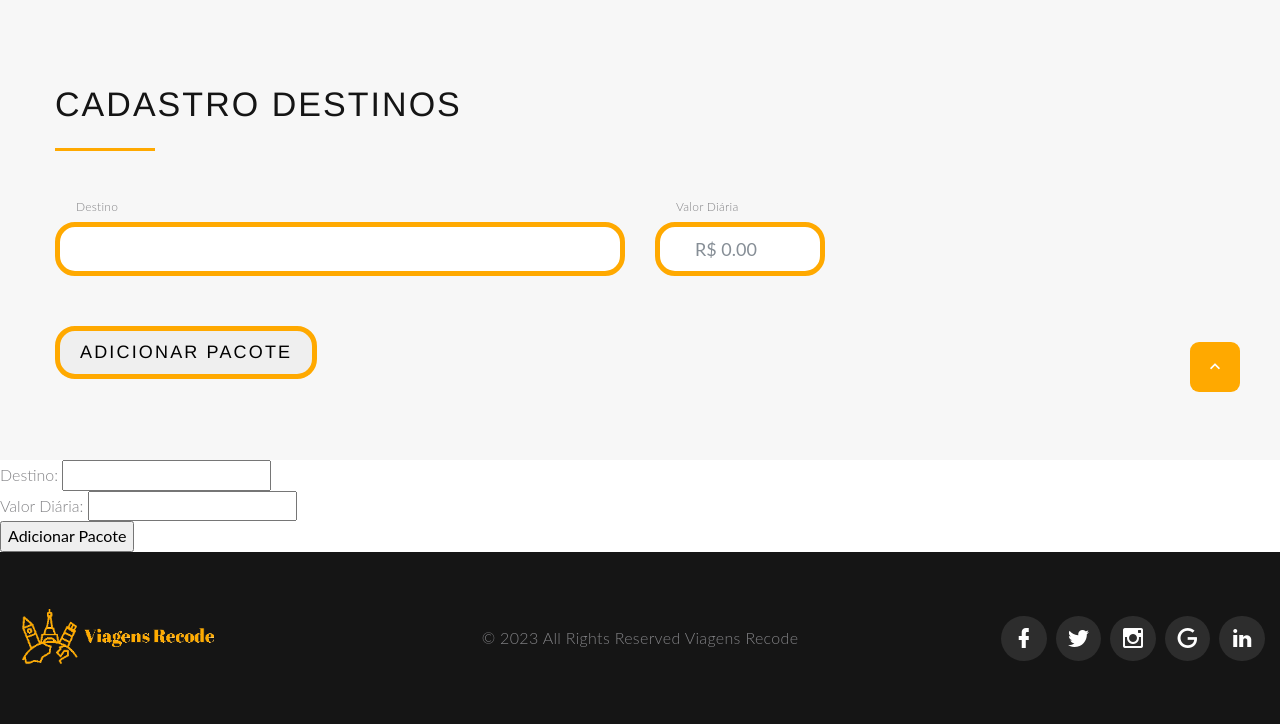
Repository: LiraS23/RecodePro2023-Modulo-4
Page: java/Modulo4/src/main/webapp/destinos.html
An editor plug-in stored every save of this project. The page is shown before and after the next save, followed by the edit.
The browser window is 1280 px wide. The pictures show the part of the page from y = 388 to 1112 px (the page is 1112 px tall before and 1085 px after).
Some web fonts or font styles are not loaded; a fallback is used.

Above is the page before, as saved 2023-10-28 16:22:18.

After the next save:
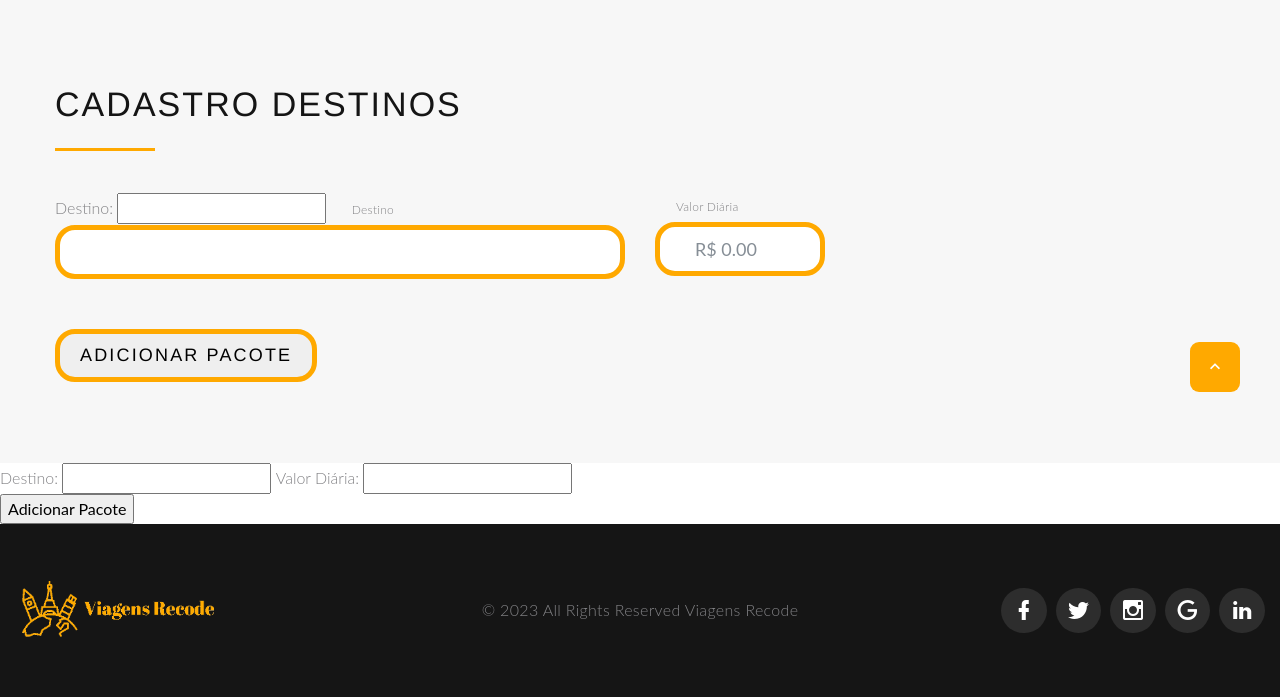
Saved 2 min 0 s later.
--- a/java/Modulo4/src/main/webapp/destinos.html
+++ b/java/Modulo4/src/main/webapp/destinos.html
@@ -87,6 +87,8 @@
 									<div class="row row-fix row-20">
 										<div class="col-md-6">
 											<div class="form-wrap form-wrap-validation">
+												<label for="destino">Destino:</label>
+												<input type="text" name="destino" required>
 												<label class="form-label-outside" for="destino">Destino</label>
 												<input class="form-control"
 													style="border: 5px solid #FFA900; border-radius: 20px;" id="destino"
@@ -121,7 +123,7 @@
 		<form action="/Modulo4/MeuPacoteServlet" method="post">
 			<input type="hidden" name="action" value="adicionar">
 			<label for="destino">Destino:</label>
-			<input type="text" name="destino" required><br>
+			<input type="text" name="destino" required>
 			<label for="valorDiaria">Valor Diária:</label>
 			<input type="text" name="valorDiaria" required><br>
 			<input type="submit" value="Adicionar Pacote">
